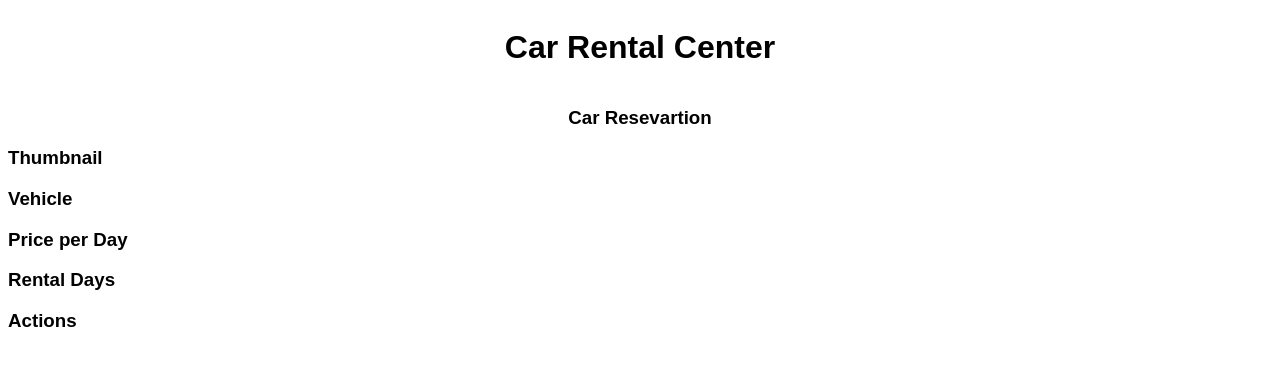
Repository: michtnt/POI-Hertz
Page: cart.html
The author's editor kept a record of every edit. The page is drawn from the files as they stood at one moment, then again after the next edit.
The browser window is 1280 px wide. The pictures show the whole page.

Above is the page before.
Console error: TypeError: Cannot read properties of null (reading 'length')

### cart.html
<!DOCTYPE html>
<html>
    <head></head>
    <link rel="stylesheet" href="index.css">
    <script src="https://code.jquery.com/jquery-3.6.0.min.js" type="text/javascript"></script>
    <script type="text/javascript">
        let cart;
        $(document).ready(function(){
            cart = JSON.parse(sessionStorage.getItem('hertz@cart'));
            console.log("shopping cart", cart)
            for(let i=0; i < cart.length; i++){
                let cartComponent =
                `
                 <div class="car-item" id="${cart[i].id}">
                    <div class="car-img-container"><img style="width:100px;height:100px;" src=${cart[i].img} alt="${cart[i].brand} ${cart[i].model}"></div>
                    <div><p>${cart[i].model_year}-${cart[i].brand}-${cart[i].model}</p></div>
                    <div><p>${cart[i].price_per_day}</p></div>
                    <div><input min="0" type="number" id="car-input-${cart[i].id}" class="car-input"></div>
                    <div><button onClick="deleteItem(${cart[i].id})">Delete</button></div>
                 </div>
                `
                $(".main-reservation").append(cartComponent)
            }
            if(cart){
                $(".checkout-button").append(`<button onClick="checkout()">Checkout</button>`)
            }
        });

        function deleteItem(id){
            cart = cart.filter(car => car.id != id)
            sessionStorage.setItem('hertz@cart', cart)
            document.getElementById(`${id}`).innerHTML = ""
        }

        function checkout(){
            if(cart.length <= 0){
                alert("No car has been reserved")
                window.location.href="index.html"
            } else {
                let inputClasses = document.getElementsByClassName(`car-input`)
                validate(inputClasses)
            }
        }

        function validate(input){
            for(let i=0; i < inputClasses.length; i++) {
                if(value <= 0){
                    alert(`Please make sure that rental days are valid`)
                    return false
                }
            }
        }
    </script>
    <body>
        <!--Header-->
        <div class="center">
            <h1>Car Rental Center</h1>
        </div>
        <!--Main-->
        <h3 class="center">Car Resevartion</h3>
        <div class="main-reservation">
            <div class="title">
                <h3>Thumbnail</h3>
                <h3>Vehicle</h3>
                <h3>Price per Day</h3>
                <h3>Rental Days</h3>
                <h3>Actions</h3>
            </div>
        </div>
        <div class="checkout-button"></div>
    </body>
</html>

### index.css
/*global*/
p, h1, h3 {
    font-family: "arial"
}

/*class*/
/*margin: top right bottom left*/
.header{
    display: inline-flex;
    justify-content: space-between;
    margin: 20px 20px 20px 20px;
    flex-grow: 1;
    width: 100vw;
    height: 50px;
    color: "black";
}

.main{
    display: flex;
    /*justify-content: space-around;*/
    flex-wrap: wrap;
    margin: 10px 10px 10px 10px;
    width: 100vw;
    color: "black";
}

.car-img-container{
    max-width: 300px;
    height: auto;
    left: 0px;
    right: 0px;
}

/*https://codepen.io/sdthornton/pen/wBZdXq*/
.card{
  background: #fff;
  border-radius: 2px;
  display: inline-block;
  /*height: 300px;*/
  /*margin: 1rem;*/
  margin: 10px 10px 10px 10px;
  padding: 10px 10px 10px 10px;
  /*position: relative;*/
  width: 300px;
}

.card-1 {
  box-shadow: 0 1px 3px rgba(0,0,0,0.12), 0 1px 2px rgba(0,0,0,0.24);
  transition: all 0.3s cubic-bezier(.25,.8,.25,1);
}

.card-1:hover {
  box-shadow: 0 14px 28px rgba(0,0,0,0.25), 0 10px 10px rgba(0,0,0,0.22);
}

.center {
  display: flex;
  justify-content: center;
}

After the next edit:
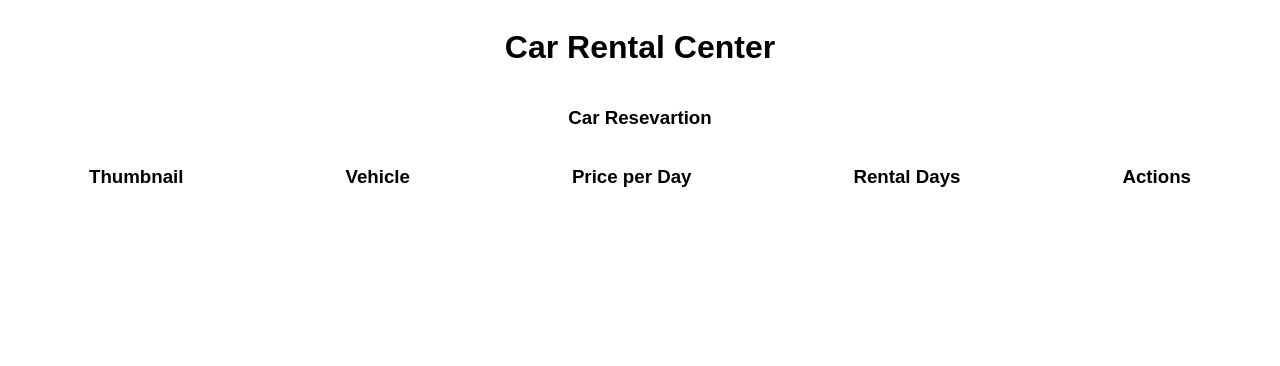
The edit:
--- a/index.css
+++ b/index.css
@@ -57,3 +57,13 @@
   display: flex;
   justify-content: center;
 }
+
+.title {
+  display: flex;
+  justify-content: space-around;
+}
+
+.cart {
+  display: flex;
+  justify-content: space-around;
+}
